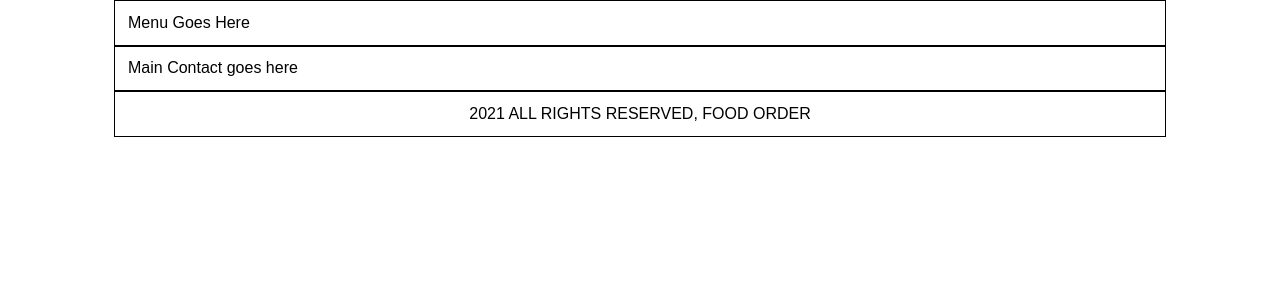
Repository: yazshrilld/food_order
Page: http://localhost/admin/index.php
The author's editor kept a copy of each file at every save. The page is drawn from the files as they stood at one save, then again after a run of saves.
The browser window is 1280 px wide. The pictures show the whole page.
The page is run by PHP 8.4 with error messages shown; the project is at /var/www/html/.

Above is the page before, as saved 2021-01-24 16:07:17.

After the next 5 saves:
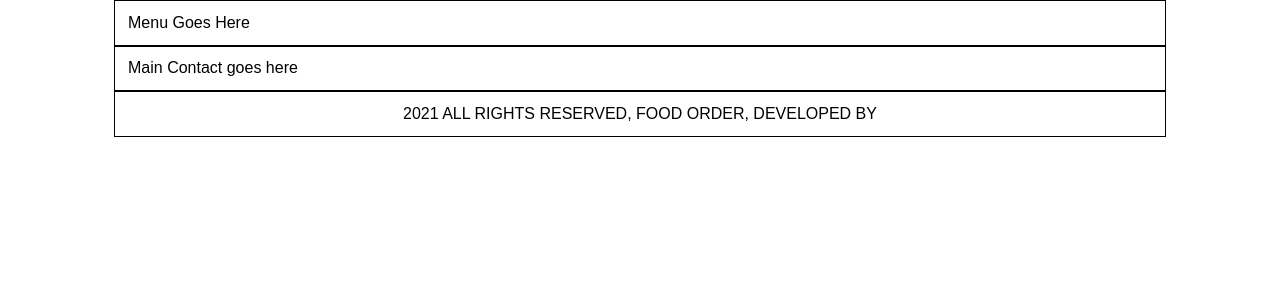
The 5 saves are shown as one change because they came seconds apart.
The last was saved 14 s later.
--- a/admin/index.php
+++ b/admin/index.php
@@ -23,7 +23,7 @@
         <!-- Footer Section Starts -->
             <div class="footer">
                 <div class="wrapper">
-                    <p class="text-center">2021 ALL RIGHTS RESERVED, FOOD ORDER</p>
+                    <p class="text-center">2021 ALL RIGHTS RESERVED, FOOD ORDER, DEVELOPED BY </p>
                 </div>
             </div>
         <!-- Footer Section Ends -->
